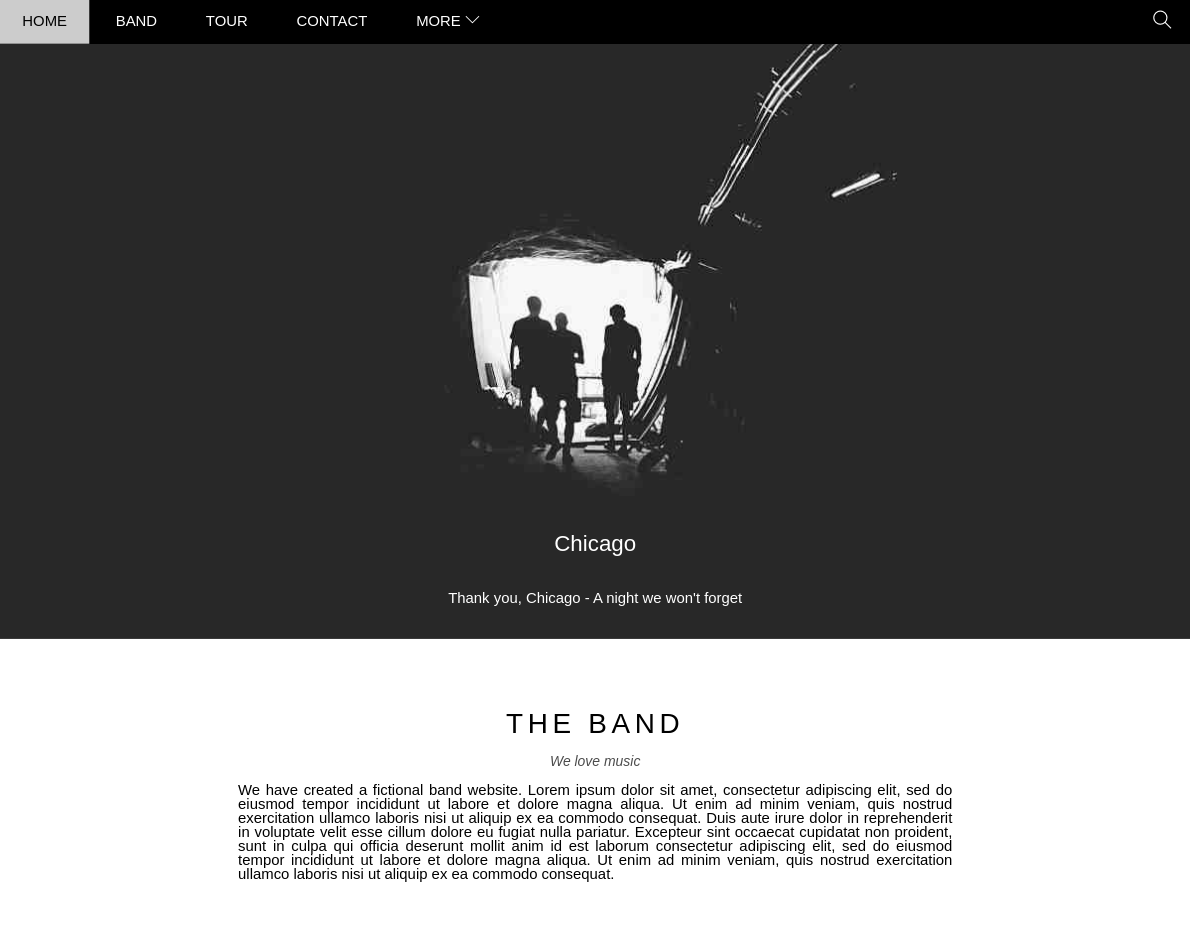
Repository: thanhsonnguyen-gif/f8-learn
Page: projectDemoTheBand/index.html
The author's editor kept a copy of each file at every save. The page is drawn from the files as they stood at one save, then again after the next save.
The browser window is 1280 px wide. The pictures show the whole page, at 93% of full size.

Above is the page before, as saved 2022-06-24 17:54:33.

### projectDemoTheBand/index.html
<!DOCTYPE html>
<html lang="en">
  <head>
    <meta charset="UTF-8" />
    <meta http-equiv="X-UA-Compatible" content="IE=edge" />
    <meta name="viewport" content="width=device-width, initial-scale=1.0" />
    <title>Document</title>
    <link rel="stylesheet" href="./assets/css/style.css" />
    <link
      rel="stylesheet"
      href="./assets/fonts/themify-icons-font/themify-icons/themify-icons.css"
    />
  </head>
  <body>
    <div id="main">
      <div id="header">
        <ul id="nav">
          <li><a href="">HOME</a></li>
          <li><a href="">BAND</a></li>
          <li><a href="">TOUR</a></li>
          <li><a href="">CONTACT</a></li>
          <li>
            <a title="more" href="#">
              More
              <i class="ti-angle-down"></i>
            </a>
            <ul class="subnav">
              <li><a href="">Merchandise</a></li>
              <li><a href="">Extras</a></li>
              <li><a href="">Media</a></li>
            </ul>
          </li>
        </ul>
        <div class="search-btn">
          <i class="ti-search"></i>
        </div>
      </div>
      <div id="slide">
        <div id="textContent">
          <h1 id="city">Chicago</h1>
          <p id="decription">Thank you, Chicago - A night we won't forget</p>
        </div>
      </div>
      <div id="content">
        <div id="about-session">
          <div class="heading">THE BAND</div>
          <div class="sub-heading">We love music</div>
          <p class="text-about"
            >We have created a fictional band website. Lorem ipsum dolor sit
            amet, consectetur adipiscing elit, sed do eiusmod tempor incididunt
            ut labore et dolore magna aliqua. Ut enim ad minim veniam, quis
            nostrud exercitation ullamco laboris nisi ut aliquip ex ea commodo
            consequat. Duis aute irure dolor in reprehenderit in voluptate velit
            esse cillum dolore eu fugiat nulla pariatur. Excepteur sint occaecat
            cupidatat non proident, sunt in culpa qui officia deserunt mollit
            anim id est laborum consectetur adipiscing elit, sed do eiusmod
            tempor incididunt ut labore et dolore magna aliqua. Ut enim ad minim
            veniam, quis nostrud exercitation ullamco laboris nisi ut aliquip ex
            ea commodo consequat.</p
          >
        </div>
      </div>
      <div id="footer"> </div>
    </div>
  </body>
</html>

### projectDemoTheBand/assets/css/style.css
* {
  padding: 0;
  margin: 0;
  box-sizing: border-box;
}

#main {
  font-family: Arial, Helvetica, sans-serif;
}

#header {
  position: fixed;
  left: 0;
  right: 0;
  top: 0;
  background-color: #000;
  height: 46.5px;
  color: #fff;
  z-index: 1;
}

#nav {
  display: inline-block;
}

#nav ul {
  list-style-type: none;
}

#nav > li {
  display: inline-block;
  position: relative;
}

#nav > li > a {
  line-height: 46.5px;
  padding: 0 24px;
  text-decoration: none;
  color: #fff;
  display: block;
  text-transform: uppercase;
}

#nav > li:hover > a {
  background-color: #ccc;
  color: #000;
}

#nav > li:hover .subnav {
  display: block;
}

#nav .subnav {
  position: absolute;
  display: none;
  box-shadow: 0 0 5px rgba(0, 0, 0, 0.4);
  background-color: #fff;
  min-width: 160px;
}

#nav .subnav > li > a {
  line-height: 38.5px;
  padding: 0 16px;
  text-decoration: none;
  color: #000;
  display: block;
}

#nav .subnav > li:hover > a {
  background-color: #ccc;
}

#naw .ti-angle-down {
  font-size: 14px;
}

.search-btn {
  float: right;
  color: #fff;
  font-size: 20px;
  right: 0;
  line-height: 46px;
  padding: 0 20px;
  cursor: pointer;
}

.search-btn:hover {
  background-color: #f44336;
}

#slide {
  margin-top: 46.5px;
  padding-top: 50%;
  background: url(/projectDemoTheBand/assets/img/slide1.jpg) top center / cover
    no-repeat;
  position: relative;
}

#textContent {
  width: 100%;
  color: #fff;
  text-align: center;
  position: absolute;
  bottom: 0;
}

#city {
  font-weight: 500;
  font-size: 24px;
}

#decription {
  font-size: 16px;
  padding: 35px 0;
}

#content {
}

#about-session{
width: 800px;
margin: 0  auto;
padding: 64px 16px;
}

.heading{
text-align: center;
letter-spacing: 5px;
margin: 10px 0;
font-size: 30px;
}

.sub-heading{
text-align: center;
font-style: italic;
opacity: 0.7;
margin: 15px 0;
font-size: 15px;
}

.text-about{
text-align: justify;
line-height: 15px;
}

#footer {
}

Loaded but not shown: projectDemoTheBand/assets/fonts/themify-icons-font/themify-icons/themify-icons.css (common file)

After the next save:
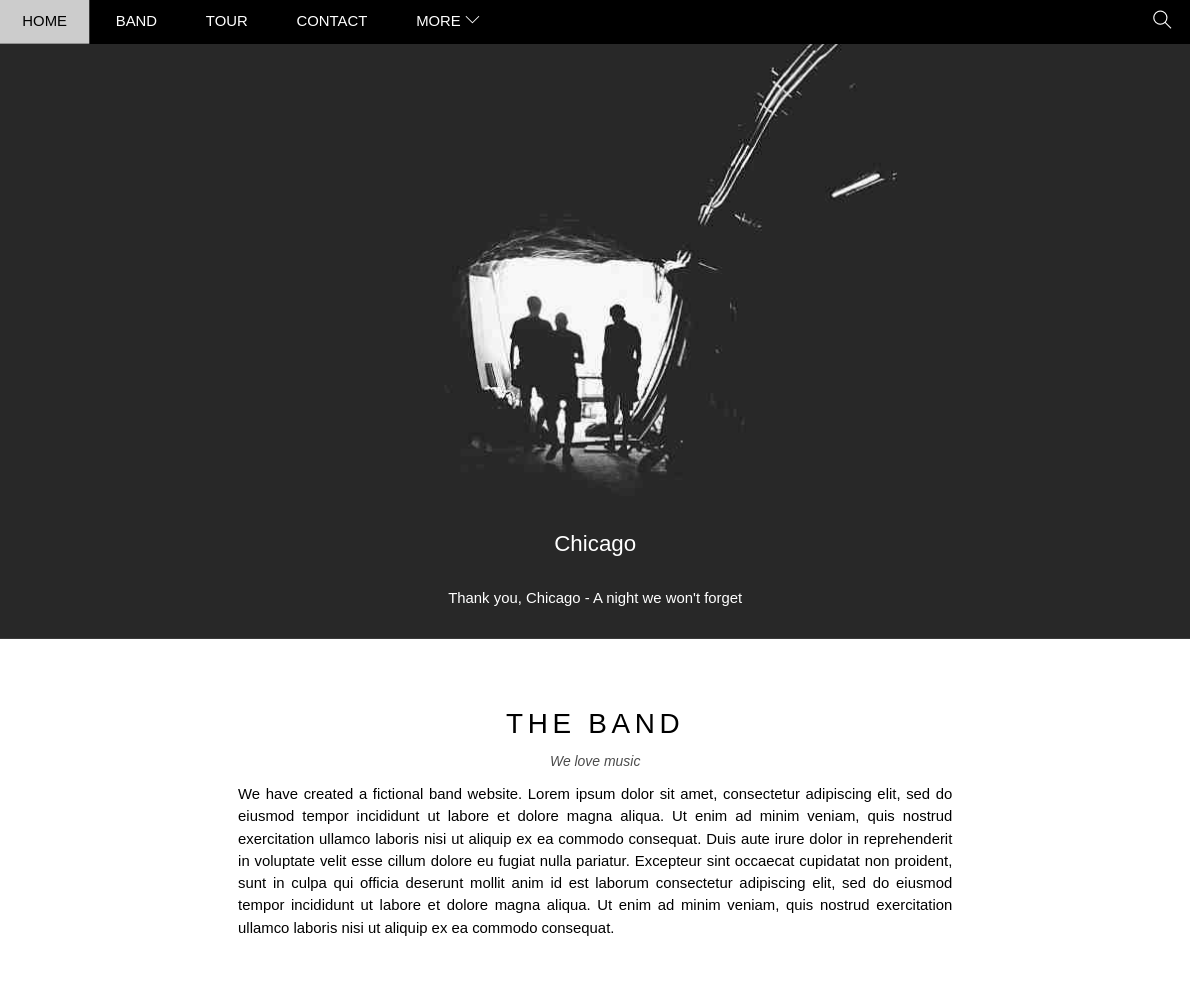
Saved 14 s later.
--- a/projectDemoTheBand/assets/css/style.css
+++ b/projectDemoTheBand/assets/css/style.css
@@ -140,7 +140,7 @@ font-size: 15px;
 
 .text-about{
 text-align: justify;
-line-height: 15px;
+line-height: 1.5;
 }
 
 #footer {
